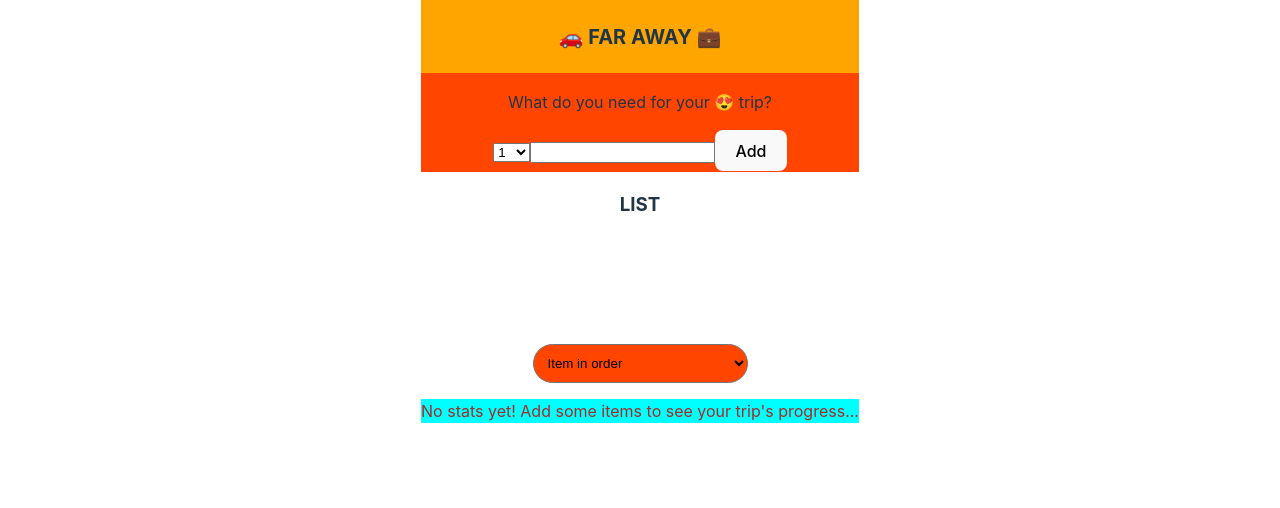
Repository: Celebration-cloud/Trip-Add-To-List
Page: /
An editor plug-in stored every save of this project. The page is shown before and after a run of saves, followed by the edit.
The browser window is 1280 px wide. The pictures show the whole page.
The project was rebuilt for these pictures with package versions that can differ from the ones it lists, and the page was loaded fresh each time. Also part of the build but not shown: vite.config.js.

Above is the page before, as saved 2023-10-29 17:25:39.

After the next 2 saves:
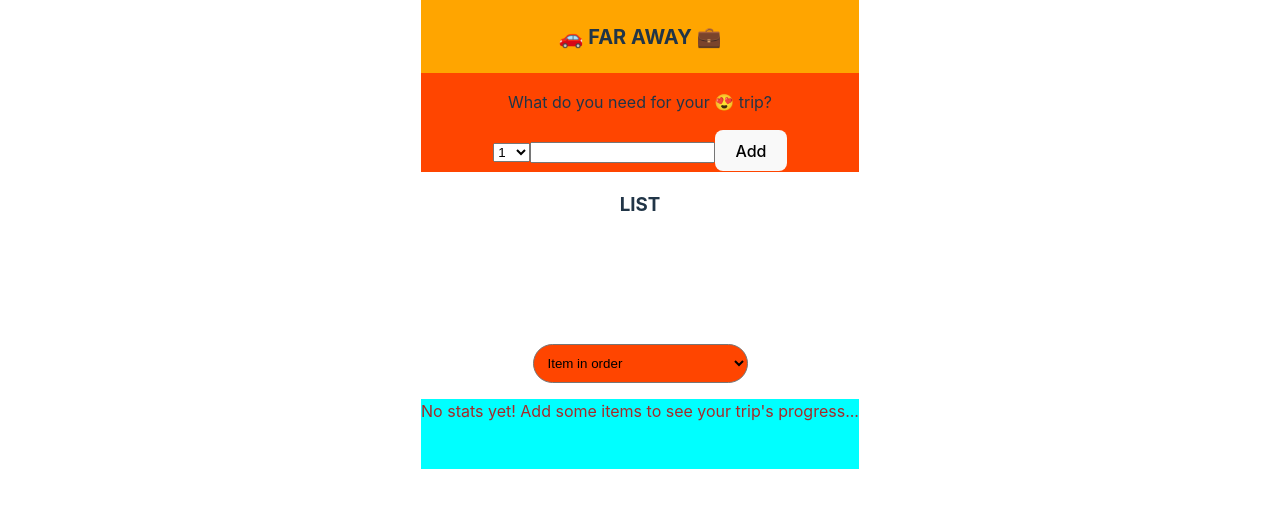
The 2 saves are shown as one change because they came seconds apart.
The last was saved 8 s later.
--- a/src/Trip-List/TripList.css
+++ b/src/Trip-List/TripList.css
@@ -7,7 +7,7 @@
     position: relative;
     background-color: aqua;
     color: brown;
-    height: auto;
+    height: 70px;
     bottom: 0px;
     width: 100%;
 }
